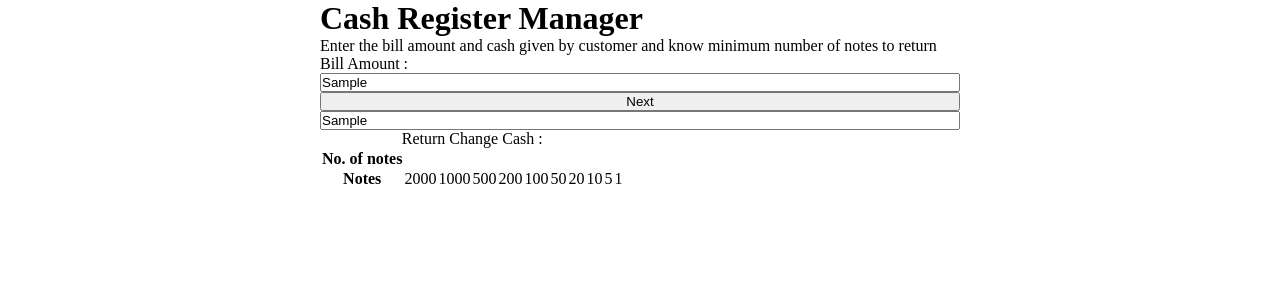
Repository: patelamancode/Cash-register-manager-app
Page: index.html
The author's editor kept a copy of each file at every save. The page is drawn from the files as they stood at one save, then again after the next save.
The browser window is 1280 px wide. The pictures show the whole page.
Empty fields were first filled with sample values (such as "Sample", 5 or name@example.com).
After loading, the first visible `#next-btn` was clicked once.

Above is the page before, as saved 2022-11-17 15:46:51.

### index.html
<!DOCTYPE html>
<html lang="en">

<head>
    <meta charset="UTF-8">
    <meta http-equiv="X-UA-Compatible" content="IE=edge">
    <meta name="viewport" content="width=device-width, initial-scale=1.0">
    <link rel="stylesheet" href="index.css">
    <title>Cash register app</title>
</head>

<body>
    <div id="main-container">
        <h1 class="heading">Cash Register Manager</h1>
        <p id="description">Enter the bill amount and cash given by customer
            and know minimum number of notes to return
        </p>
        <label for="Bill-amount">Bill Amount :</label>
        <input type="text" id="bill-amount">
        <button id="next-btn">Next</button>
        <label for="Cash-amount" class="cash-section">User Cash :</label>
        <input type="text" id="cash-amount">
        <button class="check-btn">Check</button>
        <p class="error-message"></p>
        <table class="change-cash">
            <caption>Return Change Cash :</caption>
            <tr>
                <th>No. of notes</th>
                <td class="notes-number"></td>
                <td class="notes-number"></td>
                <td class="notes-number"></td>
                <td class="notes-number"></td>
                <td class="notes-number"></td>
                <td class="notes-number"></td>
                <td class="notes-number"></td>
                <td class="notes-number"></td>
                <td class="notes-number"></td>
                <td class="notes-number"></td>
            </tr>
            <tr>
                <th>Notes</th>
                <td>2000</td>
                <td>1000</td>
                <td>500</td>
                <td>200</td>
                <td>100</td>
                <td>50</td>
                <td>20</td>
                <td>10</td>
                <td>5</td>
                <td>1</td>
            </tr>
        </table>
    </div>

    <script src="index.js"></script>
</body>

</html>

### index.css
*{
    margin: 0;
    padding: 0;
}

#main-container{
    display: flex;
    flex-direction: column;
    width: 50vw;
    margin: auto;
}

### index.js
// document.querySelector('.check-btn').addEventListener('click', function(){
//     console.log("Check button is clicked")
// })

const billAmount = document.querySelector('#bill-amount');
const cashAmount = document.querySelector('#cash-amount');
const checkButton = document.querySelector('.check-btn');
const errorMessage = document.querySelector('.error-message');
const notesDisplay = document.querySelectorAll('.notes-number');

const cashLabel = document.querySelector('.cash-section');
const tableContent = document.querySelector('table');
const nextButton = document.querySelector('#next-btn');

// Testing console values for all inputs
// checkButton.addEventListener('click', function(){
//     console.log(cashAmount.value);
// })
cashLabel.style.display = "none";
tableContent.style.display = "none";
checkButton.style.display = "none";

nextButton.addEventListener('click', function(){
    tableContent.style.display = "block";
})



const displayErrorMessage = function (message) {
    errorMessage.style.display = "block";
    errorMessage.style.backgroundColor = "red";
    errorMessage.innerText = message;
}
const hideErrorMessage = function(){
    errorMessage.style.display = "none";

}

const notesArray = [2000, 1000, 500, 200, 100, 50, 20, 10, 5, 1];


checkButton.addEventListener('click', function amountValidation() {
    hideErrorMessage();

    if (billAmount.value > 0) {
        if(cashAmount.value > billAmount.value){
            const returnAmount = cashAmount.value - billAmount.value;
            numberOfNotesGiven(returnAmount);
        }
        else{
            displayErrorMessage("Invalid Cash value as per Bill amount");
        }
    }
    else {
        displayErrorMessage("Please make sure input bill amount must be positive and non-zero value");
    }
})

const numberOfNotesGiven = function(returnAmount){
    for(let i=0; i< notesArray.length; i++){
        let notesCount = Math.trunc(returnAmount/notesArray[i]);
        returnAmount = returnAmount%notesArray[i];
        notesDisplay[i].innerText = notesCount;
    }
}

// 1550

After the next save:
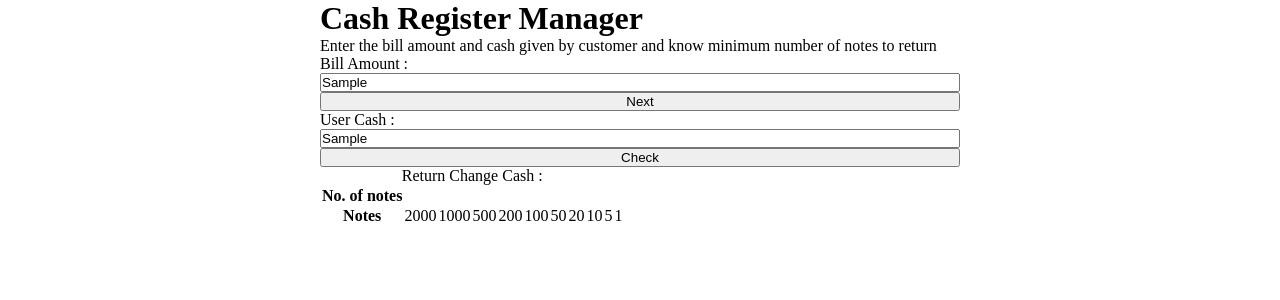
Saved 2 min 34 s later.
--- a/index.js
+++ b/index.js
@@ -21,7 +21,10 @@ tableContent.style.display = "none";
 checkButton.style.display = "none";
 
 nextButton.addEventListener('click', function(){
+    cashLabel.style.display = "block";
     tableContent.style.display = "block";
+    checkButton.style.display = "block";
+
 })
 
 
